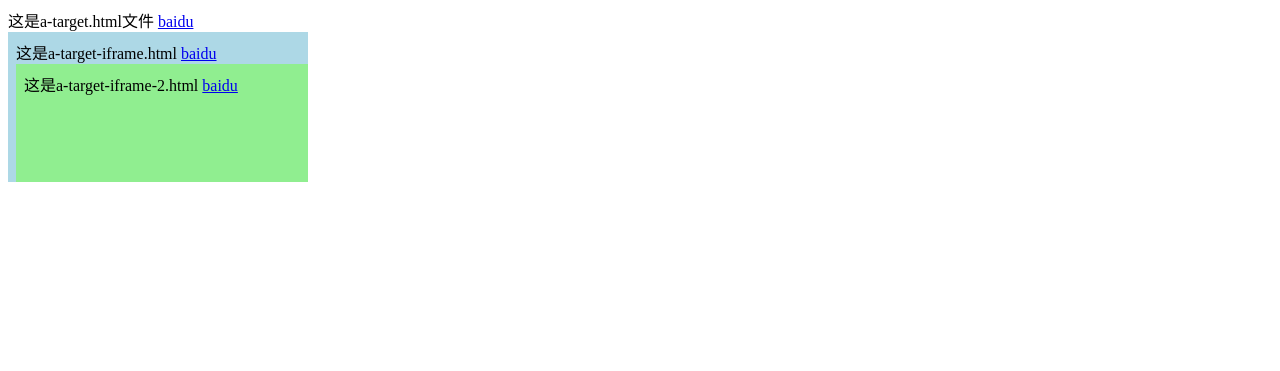
Repository: Lixianlai-2/html-demo-1
Page: a-target.html
The author's editor kept a copy of each file at every save. The page is drawn from the files as they stood at one save, then again after the next save.
The browser window is 1280 px wide. The pictures show the whole page.

Above is the page before, as saved 2021-11-27 12:34:13.

After the next save:
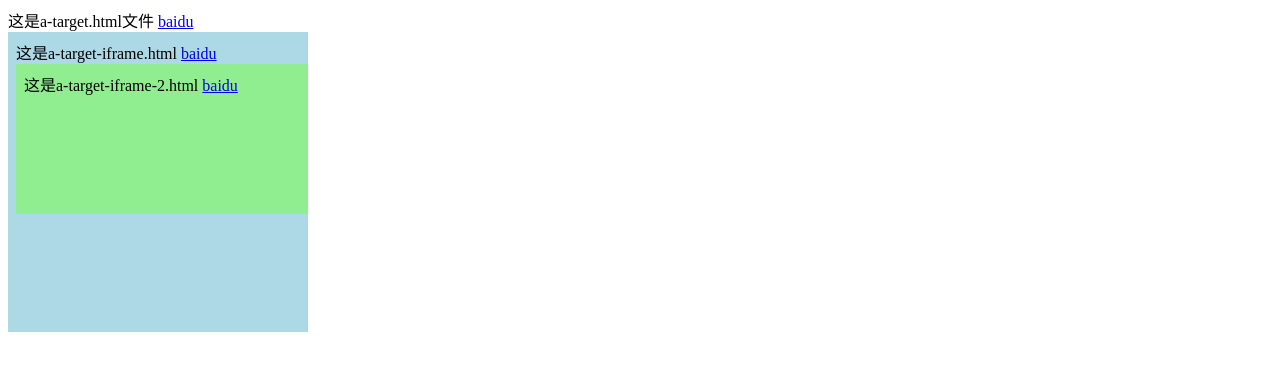
Saved 8 s later.
--- a/a-target.html
+++ b/a-target.html
@@ -11,7 +11,12 @@
     <a href="//baidu.com" target="_blank">baidu</a>
 
     <div>
-      <iframe src="/a-target-iframe.html" frameborder="0"></iframe>
+      <iframe
+        width="300px"
+        height="300px"
+        src="/a-target-iframe.html"
+        frameborder="0"
+      ></iframe>
     </div>
   </body>
 </html>
